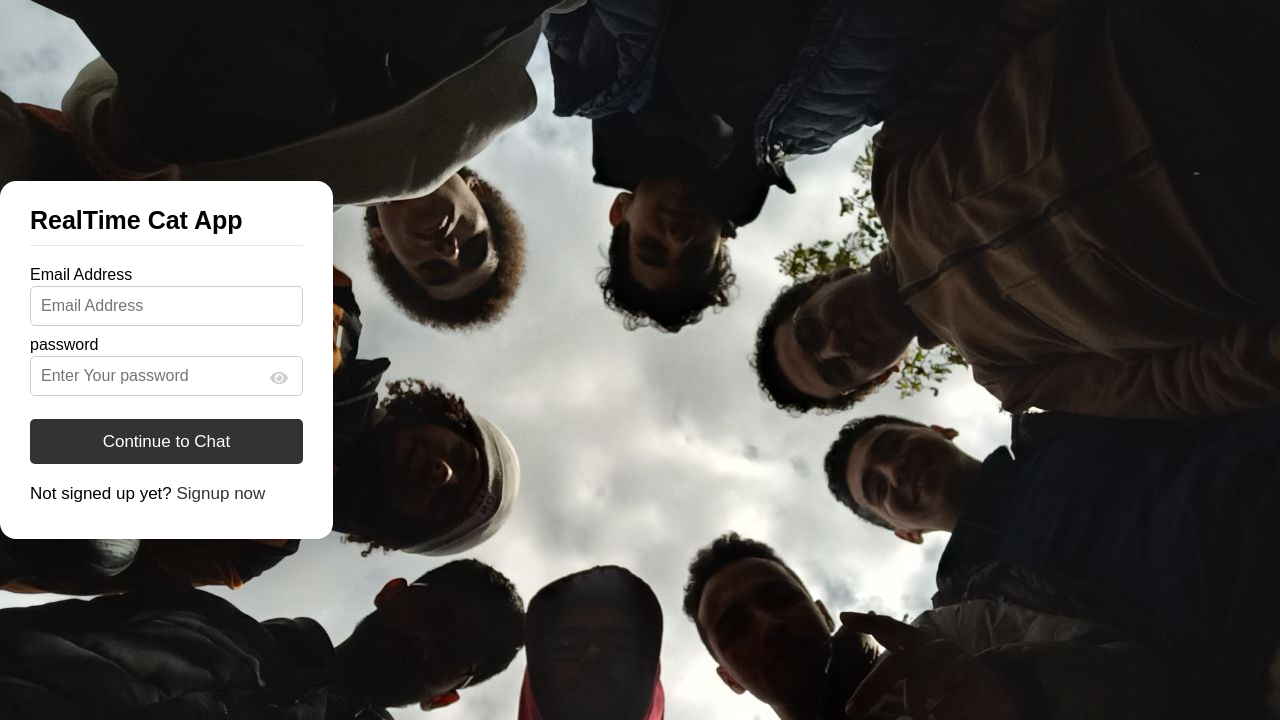
Repository: OmarEssameldinMousa/Chat-Application
Page: http://localhost/login.php
These files come from the project's save history. The page is drawn as it stood at one moment and after the next save; the edit follows.
The browser window is 1280 px wide. The pictures show the whole page.
The page is run by PHP 8.4 with error messages shown; the project is at /var/www/html/.

Above is the page before, as saved 2023-09-24 23:36:00.

After the next save:
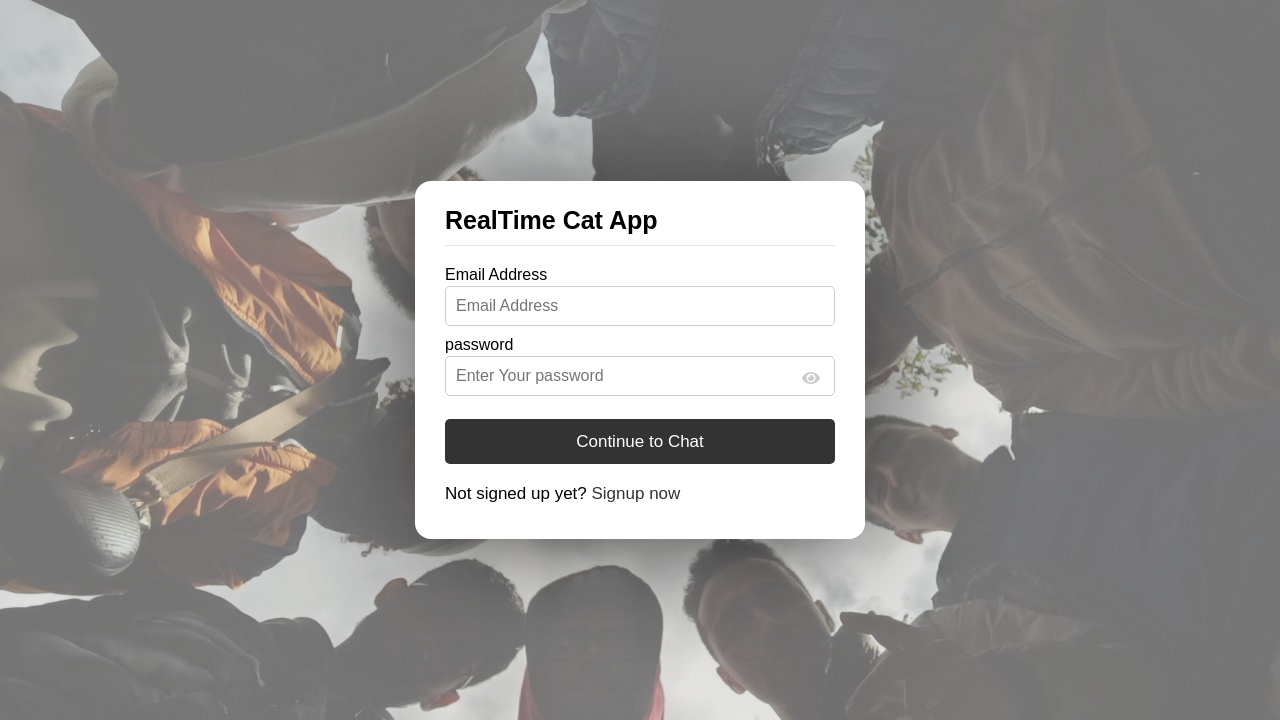
Saved 18 s later.
--- a/css/style.css
+++ b/css/style.css
@@ -21,6 +21,8 @@ body::after {
     width: 100%;
     height: 100%;
     background-color: #cccccc8a;
+    position: absolute;
+    z-index: -1;
 }
 
 .wrapper {
